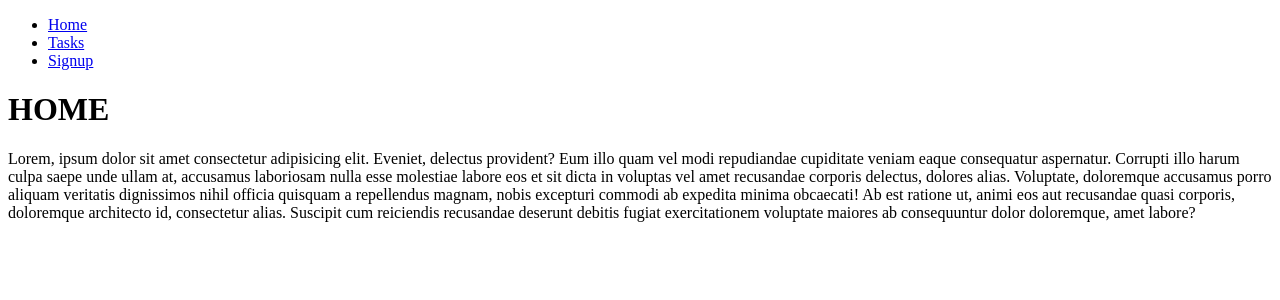
Repository: Andres250602/auth.django
Page: http://localhost/
An editor plug-in stored every save of this project. The page is shown before and after the next save, followed by the edit.
The browser window is 1280 px wide. The pictures show the whole page.
The page is served by the project's application, run on Django 5.2 (manage.py). Other server files are loaded and not shown.

Above is the page before, as saved 2024-04-11 09:34:44.

### myapp/templates/home.html
{% extends 'base.html' %}

{% block content %}
<h1>HOME</h1>
<p>Lorem, ipsum dolor sit amet consectetur adipisicing elit. Eveniet, delectus provident? Eum illo quam vel modi repudiandae cupiditate veniam eaque consequatur aspernatur. Corrupti illo harum culpa saepe unde ullam at, accusamus laboriosam nulla esse molestiae labore eos et sit dicta in voluptas vel amet recusandae corporis delectus, dolores alias. Voluptate, doloremque accusamus porro aliquam veritatis dignissimos nihil officia quisquam a repellendus magnam, nobis excepturi commodi ab expedita minima obcaecati! Ab est ratione ut, animi eos aut recusandae quasi corporis, doloremque architecto id, consectetur alias. Suscipit cum reiciendis recusandae deserunt debitis fugiat exercitationem voluptate maiores ab consequuntur dolor doloremque, amet labore?</p>
{% endblock %}

### myapp/templates/base.html
<!DOCTYPE html>
<html lang="en">
<head>
    <meta charset="UTF-8">
    <meta name="viewport" content="width=device-width, initial-scale=1.0">
    <title>Django CRUD Application</title>
</head>
<body>
    <nav>
        <ul>
            <li>
                <a href="/">Home</a>
            </li>
            <li>
                <a href="/tasks">Tasks</a>
            </li>
            <li>
                <a href="/signup">Signup</a>
            </li>
        </ul>
    </nav>


        </ul>
    </nav>
    {% block content %}
    {% endblock %}
</body>
</html>

### myapp/views.py
from django.shortcuts import render, redirect
from django.contrib.auth.forms import UserCreationForm
from django.contrib.auth.models import User
from django.db import IntegrityError
from django.contrib.auth import login

def signup(request):
    if request.method== 'GET':
            return render(request, 'signup.html', {
    'form': UserCreationForm
    })


    else:
        if request.POST['password1'] == request.POST['password2']:
            try:
                user = User.objects.create_user(username=request.POST['username'], password=request.POST['password1'])
                user.save()
                login(request, user)
                return redirect('tasks')
            except IntegrityError:
                return  render(request, 'signup.html', {
                    'form': UserCreationForm,
                    'error': 'usuario ya existe'
                })




        return  render(request, 'signup.html', {
                'form': UserCreationForm,
                'error': 'contraseña no coincide'
                })



    return render(request, 'signup.html', {
    'form': UserCreationForm
    })
def home(request):
    return render (request, 'home.html')
def tasks(request):
    return render(request, 'tasks.html')

### mysite/urls.py
"""
URL configuration for mysite project.

The `urlpatterns` list routes URLs to views. For more information please see:
    https://docs.djangoproject.com/en/5.0/topics/http/urls/
Examples:
Function views
    1. Add an import:  from my_app import views
    2. Add a URL to urlpatterns:  path('', views.home, name='home')
Class-based views
    1. Add an import:  from other_app.views import Home
    2. Add a URL to urlpatterns:  path('', Home.as_view(), name='home')
Including another URLconf
    1. Import the include() function: from django.urls import include, path
    2. Add a URL to urlpatterns:  path('blog/', include('blog.urls'))
"""
from django.contrib import admin
from django.urls import path, include

urlpatterns = [
    path('admin/', admin.site.urls),
    path('', include('myapp.urls')),

]

### myapp/urls.py
from django.urls import path
from . import views
urlpatterns = [
    path ('signup/', views.signup, name='signup'),
    path ('', views.home, name='home'),
    path ('tasks/', views.tasks, name='tasks'),

]

After the next save:
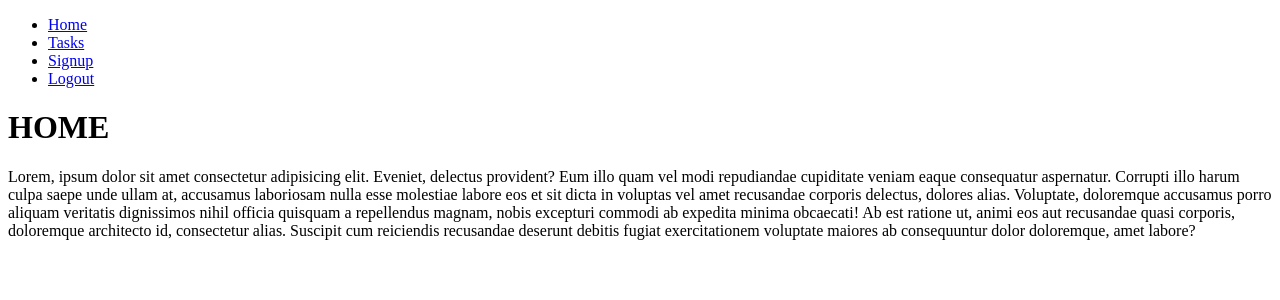
Saved 9 min 26 s later.
--- a/myapp/templates/base.html
+++ b/myapp/templates/base.html
@@ -17,6 +17,9 @@
             <li>
                 <a href="/signup">Signup</a>
             </li>
+            <li>
+                <a href="/logout">Logout</a>
+            </li>
         </ul>
     </nav>
 

After the save that followed:
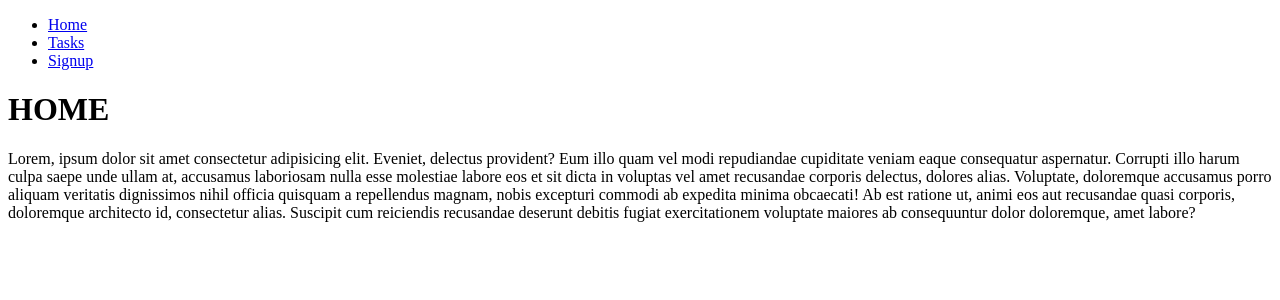
Saved 6 min 24 s later.
--- a/myapp/templates/base.html
+++ b/myapp/templates/base.html
@@ -17,9 +17,13 @@
             <li>
                 <a href="/signup">Signup</a>
             </li>
+            {% if user.is_authenticated %}
             <li>
-                <a href="/logout">Logout</a>
+                <a href="/logout">logout</a>
             </li>
+            {% endif %}
+
+
         </ul>
     </nav>
 
